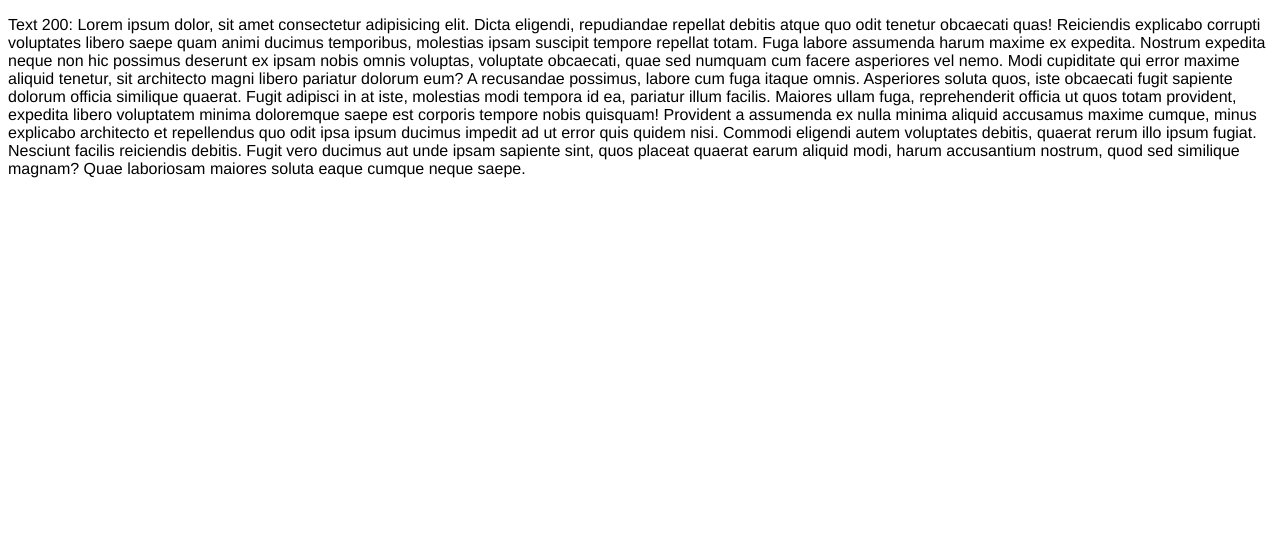
Repository: j4tdn/java18-repository
Page: 2. CSS3/ex04-css-float.html
An editor plug-in stored every save of this project. The page is shown before and after the next save, followed by the edit.
The browser window is 1280 px wide. The pictures show the whole page.

Above is the page before, as saved 2023-10-21 18:48:59.

### 2. CSS3/ex04-css-float.html
<!DOCTYPE html>
<html lang="en">
  <head>
    <meta charset="UTF-8" />
    <meta name="viewport" content="width=device-width, initial-scale=1.0" />
    <title>Ex04 - Css Float</title>
    <link rel="stylesheet" href="css/style-base.css" />
    <link rel="stylesheet" href="css/utils.css" />
  </head>
  <body>
    <div class="block-md200"></div>
    <p>
      Text 200: Lorem ipsum dolor, sit amet consectetur adipisicing elit. Dicta
      eligendi, repudiandae repellat debitis atque quo odit tenetur obcaecati
      quas! Reiciendis explicabo corrupti voluptates libero saepe quam animi
      ducimus temporibus, molestias ipsam suscipit tempore repellat totam. Fuga
      labore assumenda harum maxime ex expedita. Nostrum expedita neque non hic
      possimus deserunt ex ipsam nobis omnis voluptas, voluptate obcaecati, quae
      sed numquam cum facere asperiores vel nemo. Modi cupiditate qui error
      maxime aliquid tenetur, sit architecto magni libero pariatur dolorum eum?
      A recusandae possimus, labore cum fuga itaque omnis. Asperiores soluta
      quos, iste obcaecati fugit sapiente dolorum officia similique quaerat.
      Fugit adipisci in at iste, molestias modi tempora id ea, pariatur illum
      facilis. Maiores ullam fuga, reprehenderit officia ut quos totam
      provident, expedita libero voluptatem minima doloremque saepe est corporis
      tempore nobis quisquam! Provident a assumenda ex nulla minima aliquid
      accusamus maxime cumque, minus explicabo architecto et repellendus quo
      odit ipsa ipsum ducimus impedit ad ut error quis quidem nisi. Commodi
      eligendi autem voluptates debitis, quaerat rerum illo ipsum fugiat.
      Nesciunt facilis reiciendis debitis. Fugit vero ducimus aut unde ipsam
      sapiente sint, quos placeat quaerat earum aliquid modi, harum accusantium
      nostrum, quod sed similique magnam? Quae laboriosam maiores soluta eaque
      cumque neque saepe.
    </p>
  </body>
</html>

### 2. CSS3/css/style-base.css
/*  */
* {
  font-family: corbel, helvetica, sans-serif;
}
li {
  /* list-style-type: none; */
  list-style-image: url("../images/world.png");
}
/* EX02: CSS SELECTOR CLASS ID */
/* Chỉ có thẻ p với class là text20 mới ăn */
/* p[class="text20"] {
  color: blue;
} */
/* p.text20 {
  color: blue;
} */
/* Tất cả tag với class là text20 */
/* .text20 {
  color: blue;
} */

#page-footer {
  position: absolute;
  bottom: 0;
  left: 0;
  width: 100%;
  height: 40px;
  background-color: pink;
}

/* EX03: BASE CONTENT BASIC DEMO */
.parent-text10lh {
  height: 60px;
  background-color: blue;
}
.text10lh {
  line-height: 60px;
  color: #fcccba;
}

### 2. CSS3/css/utils.css
.text-green {
  color: green;
}
.text-blue {
  color: blue;
}
.text-orange {
  color: orange;
}
.text-bold {
  font-weight: bold;
}
.text-underline {
  text-decoration: underline;
}
.text-line-through {
  text-decoration: line-through;
}
.text-overline {
  text-decoration: overline;
}
.text-decor-none {
  text-decoration: none;
}
.text-align-left {
  text-align: left;
}
.text-align-center {
  text-align: center;
}
.text-align-right {
  text-align: right;
}

After the next save:
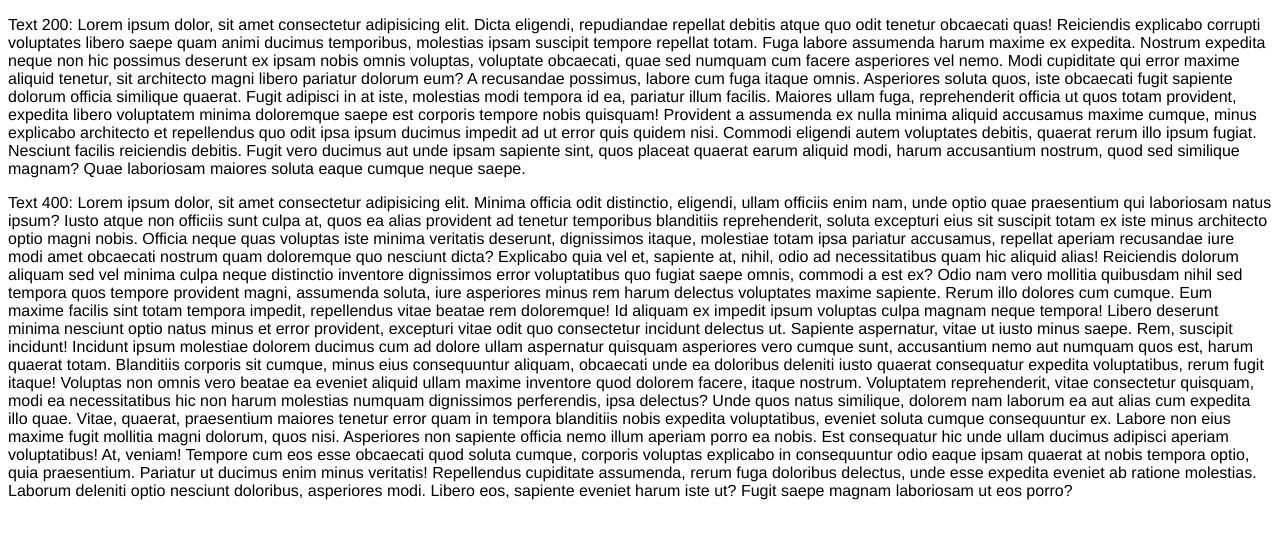
Saved 12 s later.
--- a/2. CSS3/ex04-css-float.html
+++ b/2. CSS3/ex04-css-float.html
@@ -32,5 +32,48 @@
       nostrum, quod sed similique magnam? Quae laboriosam maiores soluta eaque
       cumque neque saepe.
     </p>
+    <p>
+      Text 400: Lorem ipsum dolor, sit amet consectetur adipisicing elit. Minima
+      officia odit distinctio, eligendi, ullam officiis enim nam, unde optio
+      quae praesentium qui laboriosam natus ipsum? Iusto atque non officiis sunt
+      culpa at, quos ea alias provident ad tenetur temporibus blanditiis
+      reprehenderit, soluta excepturi eius sit suscipit totam ex iste minus
+      architecto optio magni nobis. Officia neque quas voluptas iste minima
+      veritatis deserunt, dignissimos itaque, molestiae totam ipsa pariatur
+      accusamus, repellat aperiam recusandae iure modi amet obcaecati nostrum
+      quam doloremque quo nesciunt dicta? Explicabo quia vel et, sapiente at,
+      nihil, odio ad necessitatibus quam hic aliquid alias! Reiciendis dolorum
+      aliquam sed vel minima culpa neque distinctio inventore dignissimos error
+      voluptatibus quo fugiat saepe omnis, commodi a est ex? Odio nam vero
+      mollitia quibusdam nihil sed tempora quos tempore provident magni,
+      assumenda soluta, iure asperiores minus rem harum delectus voluptates
+      maxime sapiente. Rerum illo dolores cum cumque. Eum maxime facilis sint
+      totam tempora impedit, repellendus vitae beatae rem doloremque! Id aliquam
+      ex impedit ipsum voluptas culpa magnam neque tempora! Libero deserunt
+      minima nesciunt optio natus minus et error provident, excepturi vitae odit
+      quo consectetur incidunt delectus ut. Sapiente aspernatur, vitae ut iusto
+      minus saepe. Rem, suscipit incidunt! Incidunt ipsum molestiae dolorem
+      ducimus cum ad dolore ullam aspernatur quisquam asperiores vero cumque
+      sunt, accusantium nemo aut numquam quos est, harum quaerat totam.
+      Blanditiis corporis sit cumque, minus eius consequuntur aliquam, obcaecati
+      unde ea doloribus deleniti iusto quaerat consequatur expedita
+      voluptatibus, rerum fugit itaque! Voluptas non omnis vero beatae ea
+      eveniet aliquid ullam maxime inventore quod dolorem facere, itaque
+      nostrum. Voluptatem reprehenderit, vitae consectetur quisquam, modi ea
+      necessitatibus hic non harum molestias numquam dignissimos perferendis,
+      ipsa delectus? Unde quos natus similique, dolorem nam laborum ea aut alias
+      cum expedita illo quae. Vitae, quaerat, praesentium maiores tenetur error
+      quam in tempora blanditiis nobis expedita voluptatibus, eveniet soluta
+      cumque consequuntur ex. Labore non eius maxime fugit mollitia magni
+      dolorum, quos nisi. Asperiores non sapiente officia nemo illum aperiam
+      porro ea nobis. Est consequatur hic unde ullam ducimus adipisci aperiam
+      voluptatibus! At, veniam! Tempore cum eos esse obcaecati quod soluta
+      cumque, corporis voluptas explicabo in consequuntur odio eaque ipsam
+      quaerat at nobis tempora optio, quia praesentium. Pariatur ut ducimus enim
+      minus veritatis! Repellendus cupiditate assumenda, rerum fuga doloribus
+      delectus, unde esse expedita eveniet ab ratione molestias. Laborum
+      deleniti optio nesciunt doloribus, asperiores modi. Libero eos, sapiente
+      eveniet harum iste ut? Fugit saepe magnam laboriosam ut eos porro?
+    </p>
   </body>
 </html>
